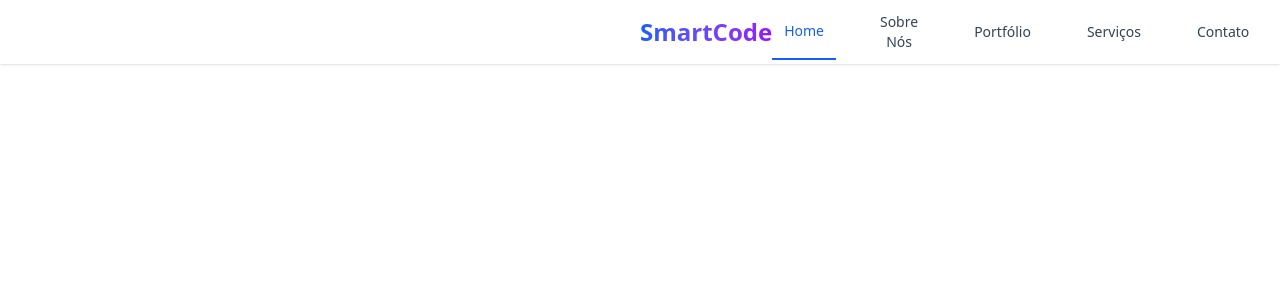
Repository: estevam02009/smartcode
Page: /
These files come from the project's save history. The page is drawn as it stood at one moment and after the next save; the edit follows.
The browser window is 1280 px wide. The pictures show the whole page.
The project was rebuilt for these pictures with package versions that can differ from the ones it lists, and the page was loaded fresh each time. Also part of the build but not shown: vite.config.ts.

Above is the page before, as saved 2025-08-04 17:01:51.

### index.html
<!doctype html>
<html lang="pt-BR">
  <head>
    <meta charset="UTF-8" />
    <link rel="icon" type="image/svg+xml" href="/vite.svg" />
    <meta name="viewport" content="width=device-width, initial-scale=1.0" />
    <title>SmartCode - Portfólio</title>
  </head>
  <body>
    <div id="root"></div>
    <script type="module" src="/src/main.tsx"></script>
  </body>
</html>

### src/App.tsx
import React, { useState, useEffect } from 'react'
import {
  Code2,
  Palette,
  Smartphone,
  Zap,
  Star,
  ArrowRight,
  Github,
  Linkedin,
  Mail,
  ExternalLink,
  Menu,
  X,
  ChevronDown
} from 'lucide-react'

function App() {

  const [isMenuOpen, setIsMenuOpen] = useState(false)
  const [acttiveSection, setActtiveSection] = useState('home')

  useEffect(() => {
    const handleScroll = () => {
      const sections = ['home', 'sobre', 'portfolio', 'servicos', 'contato']
      const scrollPosition = window.scrollY + 100

      sections.forEach(section => {
        const element = document.getElementById(section)
        if (element) {
          const offSetTop = element.offsetTop
          const offSetHeight = element.offsetHeight
          if (scrollPosition >= offSetTop && scrollPosition < offSetTop + offSetHeight) {
            setActtiveSection(section)
          }
        }
      })
    }

    window.addEventListener('scroll', handleScroll)
    return () => {
      window.removeEventListener('scroll', handleScroll)
    }
  }, [])

  const scrollToSection = (sectionId: string) => {
    const element = document.getElementById(sectionId)
    if (element) {
      element.scrollIntoView({
        behavior: 'smooth'
      })
    }
    setIsMenuOpen(false)
  }

  const skills = [
    { name: 'React', level: 95, color: 'bg-blue-500' },
    { name: 'TypeScript', level: 90, color: 'bg-purple-500' },
    { name: 'JavaScript', level: 85, color: 'bg-green-500' },
    { name: 'CSS/SCSS', level: 80, color: 'bg-pink-500' },
    { name: 'Tailwind CSS', level: 75, color: 'bg-teal-500' },
    { name: 'Next.js', level: 70, color: 'bg-red-500' },
    { name: 'MongoDB', level: 65, color: 'bg-green-500' },
  ]

  const projects = [
    {
      title: 'E-Commerce Platform',
      description: 'Full-stack e-commerce solution with React, Node.js, and Stripe integration',
      image: 'https://images.pexels.com/photos/34577/pexels-photo.jpg?auto=compress&cs=tinysrgb&w=600',
      tags: ['React', 'Node.js', 'MongoDB', 'Stripe'],
      link: '#'
    },
    {
      title: 'Task Management App',
      description: 'Collaborative project management tool with real-time updates',
      image: 'https://images.pexels.com/photos/196644/pexels-photo-196644.jpeg?auto=compress&cs=tinysrgb&w=600',
      tags: ['React', 'Firebase', 'Material-UI'],
      link: '#'
    },
    {
      title: 'Weather Dashboard',
      description: 'Beautiful weather application with interactive charts and forecasts',
      image: 'https://images.pexels.com/photos/1118873/pexels-photo-1118873.jpeg?auto=compress&cs=tinysrgb&w=600',
      tags: ['Vue.js', 'Chart.js', 'API Integration'],
      link: '#'
    }
  ];

  const services = [
    {
      icon: <Code2 className="w-8 h-8" />,
      title: 'Frontend Development',
      description: 'Creating responsive, interactive web applications using modern frameworks like React, Vue, and Angular.',
      features: ['React/Vue/Angular', 'TypeScript', 'Performance Optimization']
    },
    {
      icon: <Palette className="w-8 h-8" />,
      title: 'UI/UX Design',
      description: 'Designing beautiful, user-centered interfaces that provide exceptional user experiences.',
      features: ['Wireframing', 'Prototyping', 'Design Systems']
    },
    {
      icon: <Smartphone className="w-8 h-8" />,
      title: 'Mobile Development',
      description: 'Building cross-platform mobile applications with React Native and progressive web apps.',
      features: ['React Native', 'PWA Development', 'App Store Deployment']
    },
    {
      icon: <Zap className="w-8 h-8" />,
      title: 'Performance Optimization',
      description: 'Optimizing web applications for speed, SEO, and exceptional user experience.',
      features: ['Code Splitting', 'SEO Optimization', 'Core Web Vitals']
    }
  ];

  const testimonials = [
    {
      name: 'Sarah Johnson',
      role: 'Product Manager',
      company: 'TechCorp',
      content: 'Outstanding work! The website exceeded our expectations with its modern design and flawless functionality.',
      rating: 5
    },
    {
      name: 'Michael Chen',
      role: 'CEO',
      company: 'StartupXYZ',
      content: 'Professional, reliable, and incredibly talented. Our project was delivered on time and within budget.',
      rating: 5
    },
    {
      name: 'Emily Rodriguez',
      role: 'Marketing Director',
      company: 'Digital Agency',
      content: 'The attention to detail and user experience is remarkable. Highly recommend for any web project.',
      rating: 5
    }
  ];

  return (
    <div className='min-h-screen bg-white'>
      {/* NVIGATION */}
      <nav className='fixed top-0 w-full bg-white/95 backdrop-blur-sm z-50 shadow-sm'>
        <div className='max-w-7 mx-auto px-4 sm:px-6 lg:px-8'>
          <div className='flex justify-between items-center h-16'>
            <div className="flex-shrink-0">
              <span className='text-2xl font-bold bg-gradient-to-r from-blue-600 to-purple-600 bg-clip-text text-transparent'>SmartCode</span>
            </div>

            {/* Desktop Navigation */}
            <div className='hidden md:block'>
              <div className='flex space-x-8'>
                {['Home', 'Sobre Nós', 'Portfólio', 'Serviços', 'Contato'].map((item) => (
                  <button
                    key={item}
                    onClick={() => scrollToSection(item.toLowerCase().replace(/\s/g, '').replace('ó', 'o'))}
                    className={`px-3 py-2 text-sm font-medium transition-colors duration-200 ${
                      acttiveSection === item.toLowerCase().replace(/\s/g, '').replace('ó', 'o')
                        ? 'text-blue-600 border-b-2 border-blue-600'
                        : 'text-gray-700 hover:text-blue-600'
                    }`}
                  >
                    {item}
                  </button>
                ))}
              </div>
            </div>
          </div>
        </div>
      </nav>
    </div>
  )
}

export default App

Loaded but not shown: src/main.tsx (common file); src/index.css (common file)

After the next save:
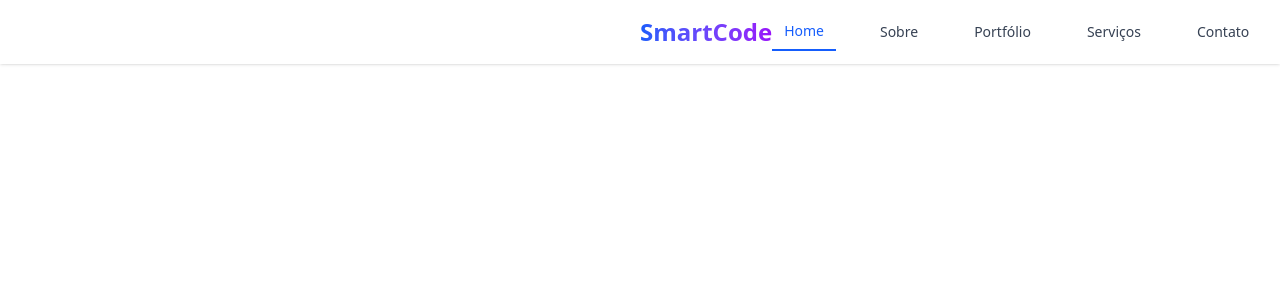
Saved 2 min 33 s later.
--- a/src/App.tsx
+++ b/src/App.tsx
@@ -151,7 +151,7 @@
             {/* Desktop Navigation */}
             <div className='hidden md:block'>
               <div className='flex space-x-8'>
-                {['Home', 'Sobre Nós', 'Portfólio', 'Serviços', 'Contato'].map((item) => (
+                {['Home', 'Sobre', 'Portfólio', 'Serviços', 'Contato'].map((item) => (
                   <button
                     key={item}
                     onClick={() => scrollToSection(item.toLowerCase().replace(/\s/g, '').replace('ó', 'o'))}
@@ -166,6 +166,14 @@
                 ))}
               </div>
             </div>
+
+            {/* MObile Menu Button */}
+            <div className='md:hidden'>
+              <button
+                onClick={() => setIsMenuOpen(!isMenuOpen)}
+                className='text-gray-700'
+              ></button>
+            </div>
           </div>
         </div>
       </nav>
